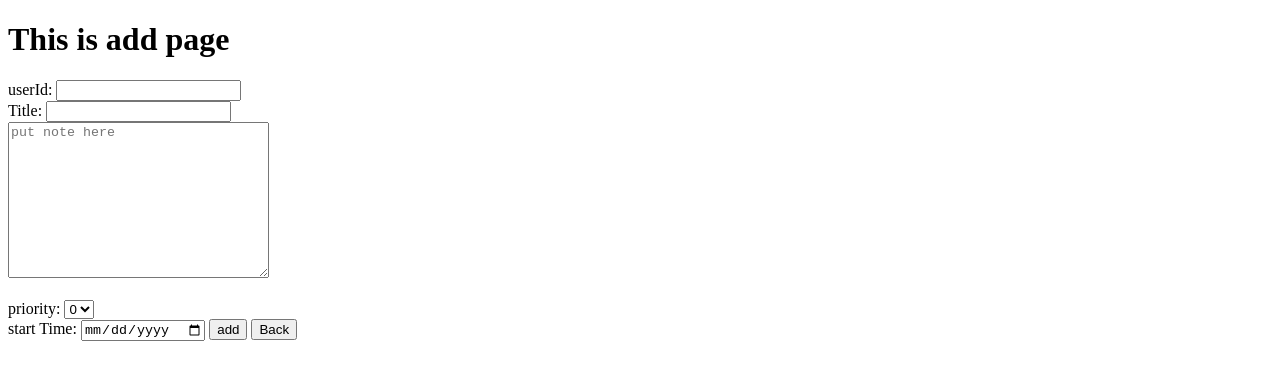
Repository: iamBoWu/CMPT370
Page: http://localhost/addevent
An editor plug-in stored every save of this project. The page is shown before and after the next save, followed by the edit.
The browser window is 1280 px wide. The pictures show the whole page.
The page is this project's Thymeleaf template; nobody is signed in. The template is opened directly, without the code that normally fills it, so the values that code supplies are empty.

Above is the page before, as saved 2020-03-05 16:40:33.

After the next save:
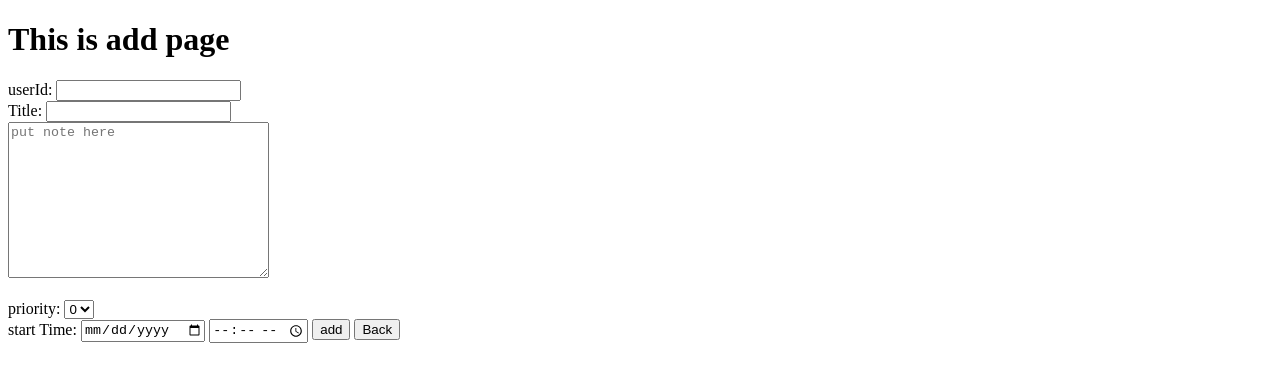
Saved 63 s later.
--- a/370ProjectBackend/370project/src/main/resources/templates/addevent.html
+++ b/370ProjectBackend/370project/src/main/resources/templates/addevent.html
@@ -53,6 +53,7 @@
 					  </select><br>
 					<label for="startTime">start Time:</label>
 					<input type="date" id="startTime" name="startTime">
+					<input type="time" id="Time" name="Time">
 
                <button  onclick="submitAdd()">add</button>
 
